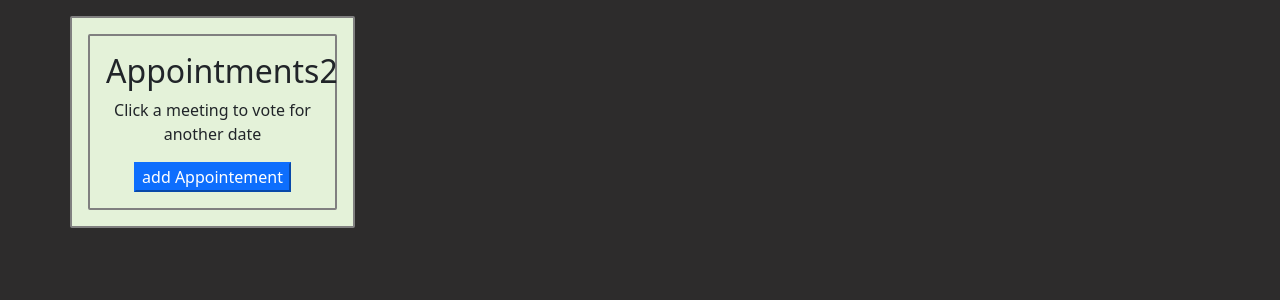
Repository: wlichon/Semesterprojekt
Page: index.html
An editor plug-in stored every save of this project. The page is shown before and after the next save, followed by the edit.
The browser window is 1280 px wide. The pictures show the whole page.
The page's requests for data from a server got no answer. Some web libraries are served in a nearby version.

Above is the page before, as saved 2022-04-22 17:53:11.

### index.html
<!DOCTYPE html>
<html lang="en">
<head>
    <link href="https://cdn.jsdelivr.net/npm/bootstrap@5.1.3/dist/css/bootstrap.min.css" rel="stylesheet" integrity="sha384-1BmE4kWBq78iYhFldvKuhfTAU6auU8tT94WrHftjDbrCEXSU1oBoqyl2QvZ6jIW3" crossorigin="anonymous">
    <link rel="stylesheet" href="https://cdn.jsdelivr.net/npm/bootstrap-icons@1.8.1/font/bootstrap-icons.css">
    <script
    src="https://code.jquery.com/jquery-3.6.0.min.js"
    integrity="sha256-/xUj+3OJU5yExlq6GSYGSHk7tPXikynS7ogEvDej/m4="
    crossorigin="anonymous"></script>
    <script src="https://cdnjs.cloudflare.com/ajax/libs/jqueryui/1.12.1/jquery-ui.min.js" integrity="sha512-uto9mlQzrs59VwILcLiRYeLKPPbS/bT71da/OEBYEwcdNUk8jYIy+D176RYoop1Da+f9mvkYrmj5MCLZWEtQuA==" crossorigin="anonymous" referrerpolicy="no-referrer"></script>
    <meta charset="UTF-8">
    <meta http-equiv="X-UA-Compatible" content="IE=edge">
    <meta name="viewport" content="width=device-width, initial-scale=1.0">
    <link rel="stylesheet" href="frontend/css/mystyle.css">
    <script src="frontend/script/script.js" defer></script>
    <title>Appointment Finder</title>
</head>
<body class="d-flex justify-content-center">
    <div class="container m-3 d-flex justify-content-center">
        <div class="events row flex-grow-1" id="events">
            <div class="col-md-3 d-flex justify-content-between" style="flex-direction: column">

                <div class="col">
                    <h2 class="align-self-center">Appointments2</h2>
                    <p class="">Click a meeting to vote for another date</p>
                    <button class = "btn-primary"> add Appointement </button>
                        </div>


                </div>
             </div>

            <div class="appointments row flex-grow-1" id="appointments">
                <div class="col-md d-flex justify-content-between" style="flex-direction: column">
                    <div class="row h-80">
                        <div class="col">
                           <h2 class="align-self-center">Options</h2>
                        </div>
                    </div>
                    <div class="row inputs h-20 align-self-bottom">
                        <div class="col-md">
                            <i class="bi bi-person-circle m-1"></i><input type="text" placeholder="Name">
                        </div>
                    </div>

                </div>




                <!--
                <div class="col-md">
                    <div class="row h-80">
                        <div class="col wrapper">
                            <h4>Dez</h4>
                            <h3>23</h3>
                            <p>Mi</p>
                            <p>11:40</p>
                            <p>13:00</p>
                        </div>
                    </div>
                    <div class="row inputs h-20">
                        <div class="col-md"><input class="form-check-input" type="checkbox" value=""></div>
                    </div>


                </div>
                <div class="btn btn-primary col-auto p-1" id="lslide">
                    <i class="bi bi-chevron-left"></i>
                </div>

                <div class="row mt-5 comment">
                    <div class="input-group input-group-lg">
                        <span class="input-group-text" id="inputGroup-sizing-lg">Comment</span>
                        <input type="text" class="form-control" aria-label="Sizing example input" aria-describedby="inputGroup-sizing-lg">
                        <button class="btn btn-outline-secondary bg-primary text-white" type="button" id="submit">Submit</button>
                    </div>
                </div>
            -->
            </div>

            </div>



    <script src="https://cdn.jsdelivr.net/npm/bootstrap@5.1.3/dist/js/bootstrap.bundle.min.js" integrity="sha384-ka7Sk0Gln4gmtz2MlQnikT1wXgYsOg+OMhuP+IlRH9sENBO0LRn5q+8nbTov4+1p" crossorigin="anonymous"></script>
</body>
</html>

### frontend/css/mystyle.css
[class*="col"]{
    text-align:center;
    border: 2px solid grey;
    padding: 1rem;
    border-radius: 2px;
    background-color:rgb(228, 242, 217);
}

.bi-person-circle{
    font-size: 1.5rem;
}

.inputs > div{
    background-color: rgb(89, 209, 61);
}

body{
    background-color:rgb(45, 44, 44);
}

.wrapper{
    border-radius: 5px;
    border: none;
    background-color: lightcyan;
}

.container{
    border-radius: 5px;
}

#lslide{
    background-color:blue;
    border-radius:10px;
}

.event{
    cursor: pointer;
}

.event:hover{
    background-color:blue;
}

.noevent:hover{
    pointer-events: none;
}

### frontend/script/script.js
"use strict";
var months = ["Jan", "Feb", "Mar", "Apr", "May", "Jun", "Jul", "Aug", "Sep", "Oct", "Nov", "Dec"];
var days = ["Mon", "Tue", "Wed", "Thu", "Fri", "Sat", "Sun"];
var slidebutton = "<div class='btn btn-primary col-auto p-1' id='lslide'><i class='bi bi-chevron-left'></i></div>";
var commentbar = "<div class='row mt-5 comment'><div class='input-group input-group-lg'><span class='input-group-text' id='inputGroup-sizing-lg'>Comment</span><input type='text' class='form-control' aria-label='Sizing example input' aria-describedby='inputGroup-sizing-lg'><button class='btn btn-outline-secondary bg-primary text-white' type='button' id='submit'>Submit</button></div></div>";
$(function () {
    $("#appointments").hide();
    $("#events").hide();
    $.ajax({
        type: "GET",
        url: "backend/serviceHandler.php",
        cache: false,
        data: { function: "loadAppointments" },
        dataType: "json",
        success: function (response) {
            // bei sucess liefert loadAppointments ein Array mit den ganzen Appointments in dem Format:
            //  Appointment("25-06-2027", "Meeting4", "22-05-2025 19:30:00", "18:00", "18:30", [2, 3]) also:
            // Appointment("Tag-Monat-Jahr", "MeetingNummer", "ExpirationDate", "UhrzeitBeginn", "Uhrzeitende", "OptionsID");
            // Appointment ($date,$title,$votingExpirationDate,$begin,$end,$optionIDs)3222
            console.log("success");
            $.each(response, function (i, val) {
                var counter = 1;
                var date = new Date(val["date"]["date"]);
                var month = months[date.getMonth()];
                var day = days[date.getDay()];
                var dayOfMonth = date.getDate();
                var year = date.getFullYear();
                var expiration = val["votingExpirationDate"]["date"].substr(0, 19);
                var begin = val["begin"]["date"].substr(11).substr(0, 8);
                var end = val["end"]["date"].substr(11).substr(0, 8);
                var id = val["optionIDs"];
                $("#events").append("<div class='col-md-2 event' id =" + counter + " + data=" + id + ">" +
                    "<div class='col wrapper'>" +
                    "<h2>" + val["title"] + "</h2>" +
                    "<h4>" + month + "</h4>" +
                    "<h3>" + dayOfMonth + "</h3>" +
                    "<p>" + day + "</p>" +
                    "<p>Begins: " + begin + "</p>" +
                    "<p>Ends: " + end + "</p>" +
                    "<h6><p>Voting ends:</p>" +
                    "<p>" + expiration + "</p></h6>" +
                    "</div> </div>");
                var isexpired = new Date(expiration);
                var today = new Date();
                if (isexpired <= today) {
                    $("#" + counter).append("<h5 class = 'mt-3' > abgelaufen! </h5>");
                    $("#" + counter).attr("class", "col-md-2 noevent");
                }
                counter++;
            });
        },
        complete: function () {
            $(".event").on('click', function (e) {
                var self = e.currentTarget; // Element was das Klick getriggert hat
                $("#events").hide("slide", { direction: "left" }, 1000, function () {
                    console.log(self);
                    var optionIDs_string = self.getAttribute("data");
                    var optionIDs = Array.from(optionIDs_string.split(","));
                    console.log(optionIDs);
                    $.ajax({
                        type: "GET",
                        url: "backend/serviceHandler.php",
                        cache: false,
                        data: { function: "loadOptions", param: optionIDs },
                        dataType: "json",
                        success: function (response) {
                            console.log("success");
                            console.log(response);
                            $.each(response, function (i, val) {
                                var date = new Date(val["date"]["date"]);
                                console.log("loop");
                                var month = months[date.getMonth()];
                                var day = days[date.getDay()];
                                var dayOfMonth = date.getDate();
                                var year = date.getFullYear();
                                var begin = val["begin"]["date"].substr(11).substr(0, 8);
                                var end = val["end"]["date"].substr(11).substr(0, 8);
                                $("#appointments").append("<div class='col-md'>" +
                                    "<div class='col-md event'>" +
                                    "<div class='col wrapper'>" +
                                    "<h4>" + month + "</h4>" +
                                    "<h3>" + dayOfMonth + "</h3>" +
                                    "<p>" + day + "</p>" +
                                    "<p>Begins: " + begin + "</p>" +
                                    "<p>Ends: " + end + "</p>" +
                                    "</div></div>" +
                                    "<div class='row inputs h-20'>" +
                                    "<div class='col-md'><input class='form-check-input' type='checkbox' value=''></div></div></div>");
                            });
                            $("#appointments").append(slidebutton + commentbar);
                            $("#lslide").on('click', slidebar);
                        },
                        error: function (response) {
                            console.log("failure");
                        }
                    }),
                        setTimeout(function () { return $("#appointments").show("slide", 1000); }, 100);
                });
            });
            $("#events").show("slide", 1000);
        },
        error: function (e) {
            console.log("failure");
        }
    });
    console.log("hi");
    $("#submit").on('click', function () {
        console.log($("#test").prop("checked"));
    });
});
var optionNameInput = '<div class="col-md d-flex justify-content-between" style="flex-direction: column">' +
    '<div class="row h-80">' +
    '<div class="col">' +
    '<h2 class="align-self-center">Options</h2>' +
    '</div>' +
    '</div>' +
    '<div class="row inputs h-20 align-self-bottom">' +
    '<div class="col-md">' +
    '<i class="bi bi-person-circle m-1"></i><input type="text" placeholder="Name">' +
    '</div>' +
    '</div>' +
    '</div>';
function slidebar() {
    $("#appointments").hide("slide", { direction: "left" }, 1000, function () {
        $("#appointments").empty().append(optionNameInput);
        $("#events").show("slide", 1000);
    });
}

After the next save:
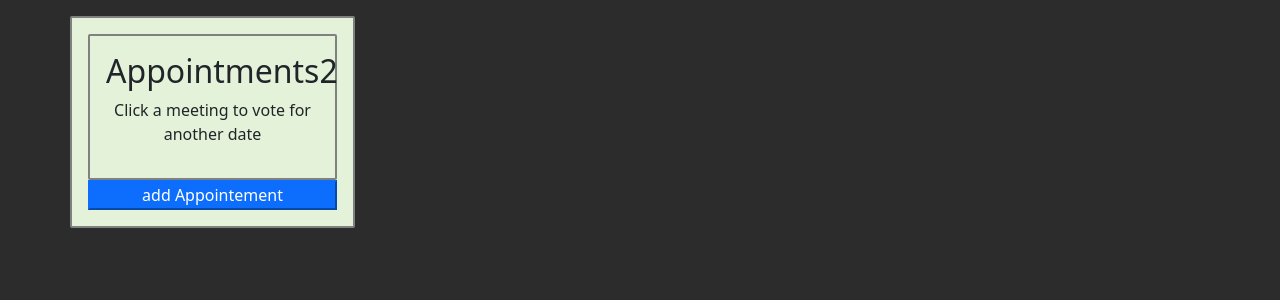
Saved 13 s later.
--- a/index.html
+++ b/index.html
@@ -23,8 +23,8 @@
                 <div class="col">
                     <h2 class="align-self-center">Appointments2</h2>
                     <p class="">Click a meeting to vote for another date</p>
-                    <button class = "btn-primary"> add Appointement </button>
-                        </div>
+                </div>
+                <button class = "btn-primary"> add Appointement </button>
 
 
                 </div>
